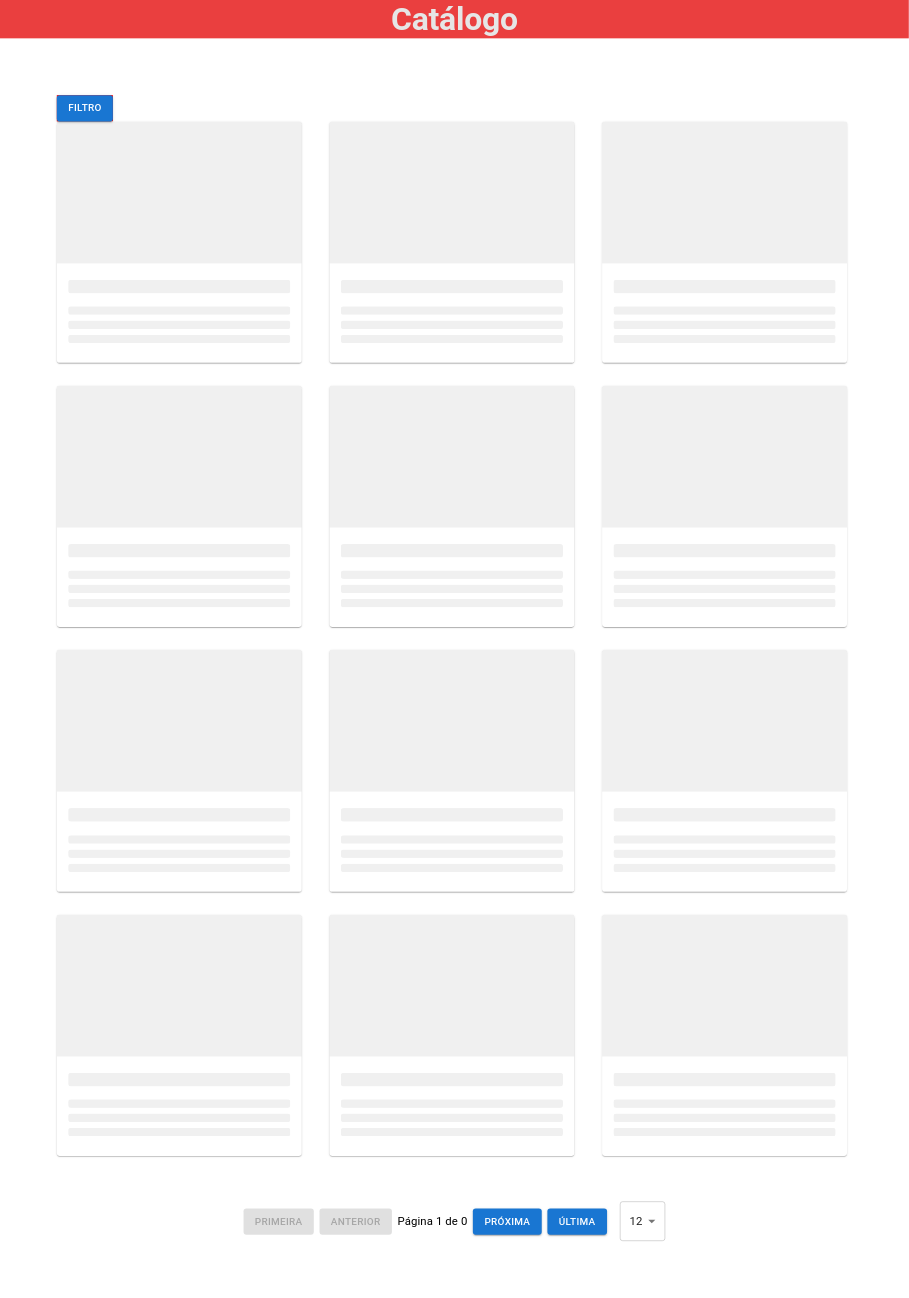
Repository: lenx0/PokeWiki-Front
Page: /
These files come from the project's save history. The page is drawn as it stood at one moment and after the next save; the edit follows.
The browser window is 1280 px wide. The pictures show the whole page, at 71% of full size.
The page's requests for data from a server got no answer. The project was rebuilt for these pictures with package versions that can differ from the ones it lists, and the page was loaded fresh each time. The framework's server and built-in components were replaced by stand-ins that run in the browser. No one was signed in, and anything a server would have sent is missing. Also part of the build but not shown: next.config.mjs.

Above is the page before, as saved 2024-02-17 12:17:50.

After the next save:
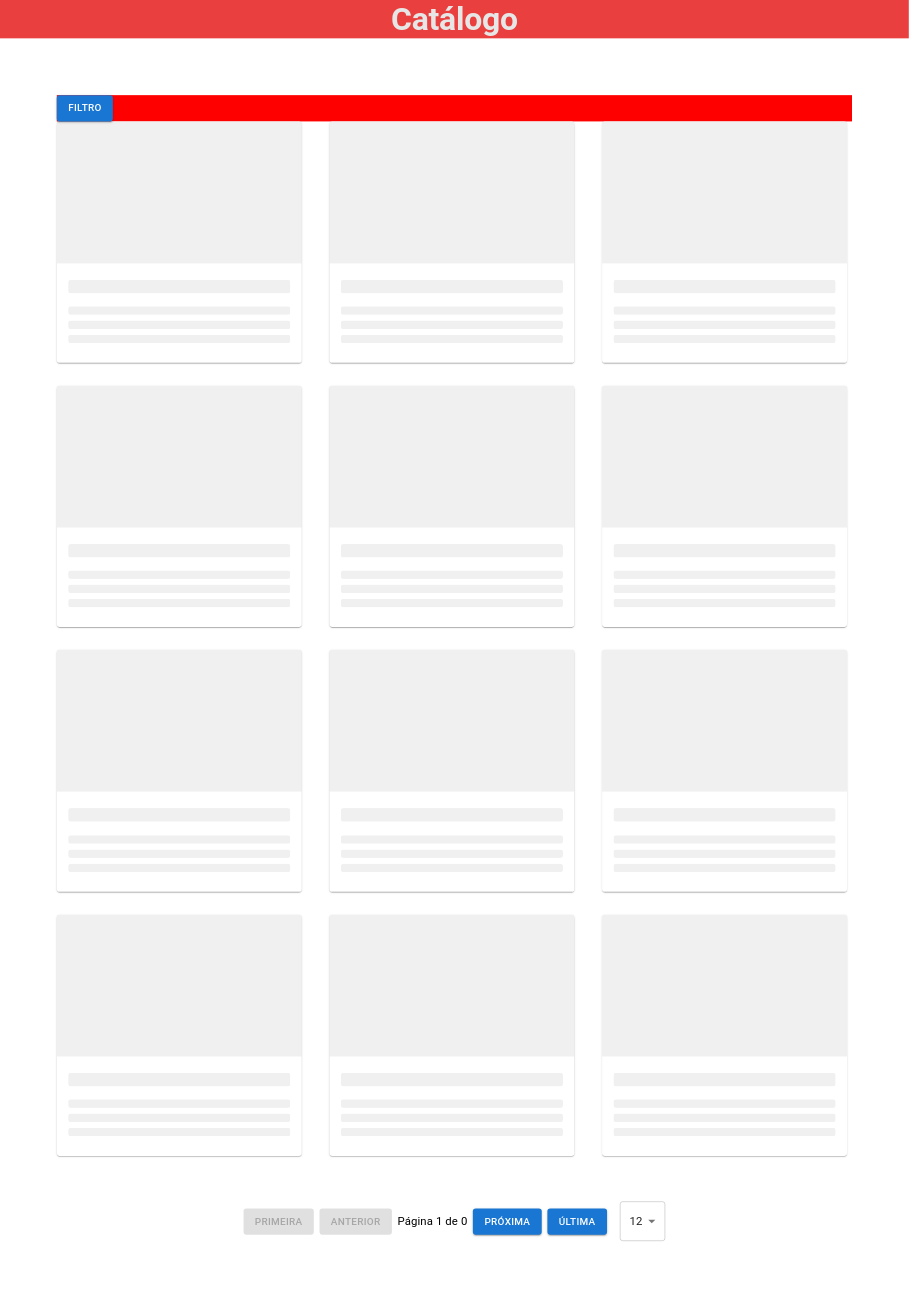
Saved 7 s later.
--- a/src/app/components/Cards/index.jsx
+++ b/src/app/components/Cards/index.jsx
@@ -54,7 +54,7 @@
 
   return (
     <>
-      <Grid item backgroundColor="red">
+      <Grid item lg={12} backgroundColor="red">
         <Button variant="contained">Filtro</Button>
       </Grid>
       <Grid container spacing={4}>

After the save that followed:
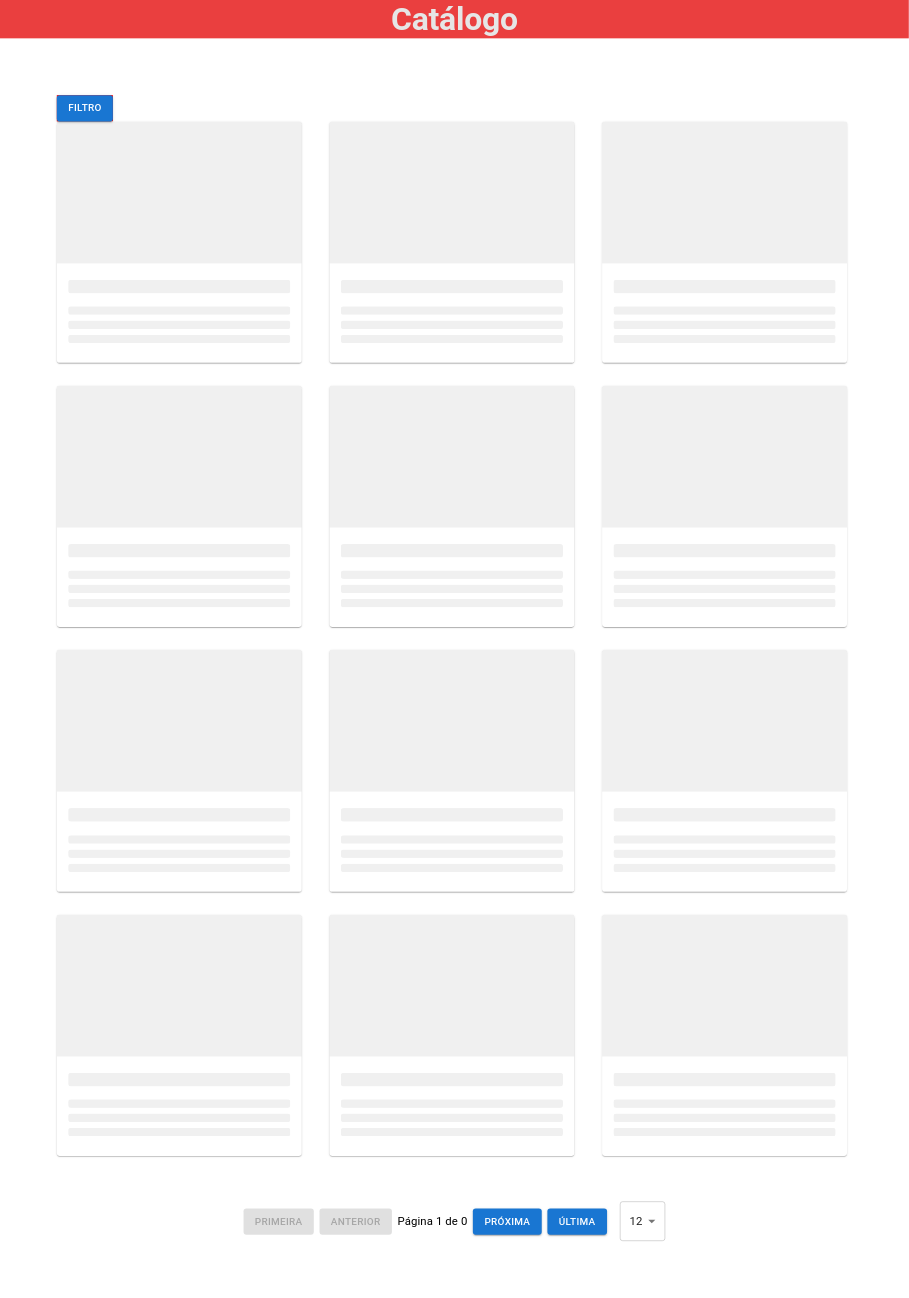
Saved 12 s later.
--- a/src/app/components/Cards/index.jsx
+++ b/src/app/components/Cards/index.jsx
@@ -54,7 +54,7 @@
 
   return (
     <>
-      <Grid item lg={12} backgroundColor="red">
+      <Grid item xl={12} backgroundColor="red">
         <Button variant="contained">Filtro</Button>
       </Grid>
       <Grid container spacing={4}>
